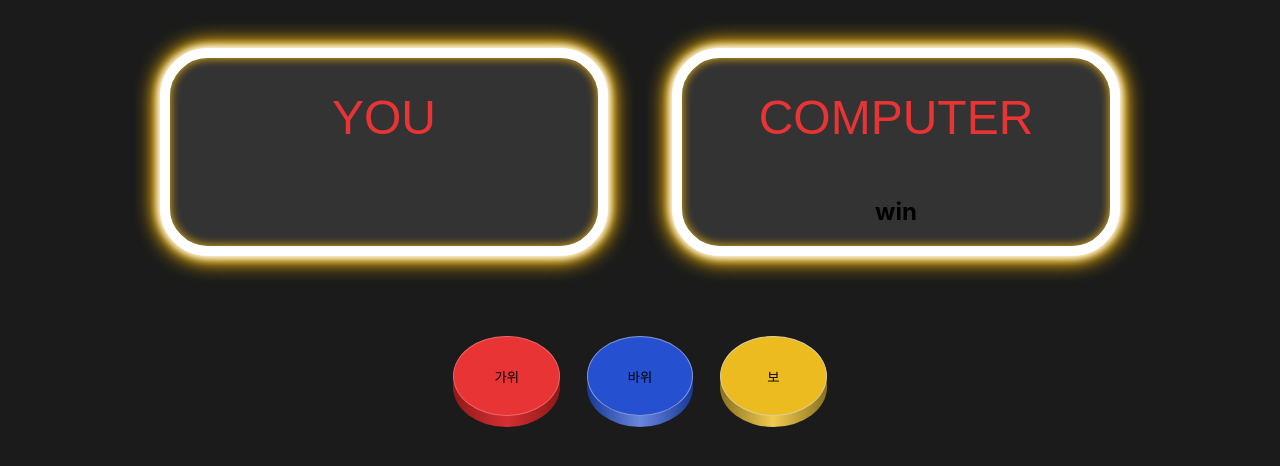
Repository: KIMMIHYE12/classComponent
Page: /
These files come from the project's save history. The page is drawn as it stood at one moment and after the next save; the edit follows.
The browser window is 1280 px wide. The pictures show the whole page.
Some web fonts or font styles are not loaded; a fallback is used. The project was rebuilt for these pictures with package versions that can differ from the ones it lists, and the page was loaded fresh each time.

Above is the page before, as saved 2024-03-19 20:59:14.

### src/App.js
import { object } from "prop-types";
import { useState } from "react";
import "./App.css";
import { Box } from "./component/Box";

const choice = {
  scissors: {
    name: "Scissors",
    img: "/images/scissors.png",
    describe: "가위 이미지",
  },
  rock: {
    name: "Rock",
    img: "/images/rock.png",
    describe: "바위 이미지",
  },
  paper: {
    name: "Paper",
    img: "/images/paper.png",
    describe: "보 이미지",
  },
};

function App() {
  const [userSelect, setUserSelect] = useState(null);
  const [computerSelect, setComputerSelect] = useState(null);
  const [result, setResult] = useState("");

  const play = (userChoice) => {
    setUserSelect(choice[userChoice]);
    let computerChoice = remdomChoice();
    setComputerSelect(computerChoice);
    setResult(judgement(choice[userChoice], computerChoice));
  };

  const remdomChoice = () => {
    let itemArray = Object.keys(choice);
    let randomItem = Math.floor(Math.random() * itemArray.length);
    let final = itemArray[randomItem];
    return choice[final];
  };

  const judgement = (user, computer) => {
    if (user.name == computer.name) {
      return "tie";
    } else if (user.name == "Scissors")
      return computer.name == "Paper" ? "win" : "lose";
    else if (user.name == "Rock")
      return computer.name == "Scissors" ? "win" : "lose";
    else if (user.name == "Paper")
      return computer.name == "Rock" ? "win" : "lose";
  };

  return (
    <div className='content'>
      <div className='game_screen'>
        <Box title='YOU' item={userSelect} result={result} />
        <Box title='COMPUTER' item={computerSelect} result={result} />
      </div>
      <div className='btn_wrap'>
        <button
          className='scissors'
          onClick={() => {
            play("scissors");
          }}
        >
          가위
        </button>
        <button
          className='rock'
          onClick={() => {
            play("rock");
          }}
        >
          바위
        </button>
        <button
          className='paper'
          onClick={() => {
            play("paper");
          }}
        >
          보
        </button>
      </div>
    </div>
  );
}

export default App;

### src/App.css
@import url("https://use.typekit.net/ebb2deg.css");

* {
  box-sizing: border-box;
}

.content {
  height: 100vh;
  padding: 3em 0;
  background-color: #1b1b1b;
}

.game_screen {
  width: 100%;
  display: flex;
  justify-content: center;
}

.box {
  width: 35%;
  display: flex;
  flex-direction: column;
  align-items: center;
  margin: 0 2em;
  border: 10px solid #444;
  background: #333;
  border-radius: 3rem;
}

.neon {
  border: 10px solid #fff;
  box-shadow: 0 0 10px #fff, 0 0 10px #fff, 0 0 24px #f5b70c, 0 0 16px #f5b70c,
    0 0 24px #f5b70c, inset 0 0 10px #f5b70c;
}

h1 {
  font-size: 3em;
  color: #e83435;
  font-family: "gloridot", sans-serif;
  font-weight: 400;
  font-style: normal;
}

img {
  width: 70%;
}

.btn_wrap {
  position: relative;
  margin-top: 5em;
  display: flex;
  justify-content: center;
  z-index: 1;
}

.btn_wrap button {
  position: relative;
  width: 8em;
  height: 6em;
  margin: 0 1em;
  border-radius: 50%;
  top: 0;
  outline: 0;
}

.btn_wrap button.scissors {
  background-color: #e83435;
  border: 1px solid #ec6666;
}

.btn_wrap button.rock {
  background-color: #2551d1;
  border: 1px solid #8097dc;
}

.btn_wrap button.paper {
  background-color: #ebbb1f;
  border: 1px solid #dfcf98;
}

.btn_wrap button:before {
  width: 8em;
  height: 6em;
  display: inline-block;
  content: "";
  position: absolute;
  top: 10px;
  left: -1px;
  right: 0;
  background: red;
  border-radius: 50%;
  z-index: -1;
}

.btn_wrap button.scissors:before {
  background: linear-gradient(
    90deg,
    rgba(143, 25, 25, 1) 0%,
    rgba(212, 47, 48, 1) 50%,
    rgba(143, 25, 25, 1) 100%
  );
}

.btn_wrap button.rock:before {
  background: linear-gradient(
    90deg,
    rgba(23, 56, 152, 1) 0%,
    rgba(106, 135, 221, 1) 50%,
    rgba(23, 56, 152, 1) 100%
  );
}

.btn_wrap button.paper:before {
  background: linear-gradient(
    90deg,
    rgba(139, 113, 30, 1) 0%,
    rgba(241, 203, 80, 1) 50%,
    rgba(139, 113, 30, 1) 100%
  );
}

.btn_wrap button:active {
  top: 4px;
}

.btn_wrap button:active:before {
  top: 6px;
}

### src/component/Box.js
import React from "react";

export const Box = (props) => {
  let result;
  console.log("title", props.title);

  if (props.title == "COMPUTER" && props.result != "tie") {
    result = props.result == "win" ? "lose" : "win";
  } else {
    result = props.result;
  }

  return (
    <div className={`box ${result == "lose" ? "" : "neon"}`}>
      <h1>{props.title}</h1>
      <img
        src={props.item && props.item.img}
        alt={props.item && props.item.describe}
      />
      <h2>{result}</h2>
    </div>
  );
};

Loaded but not shown: public/index.html (common file); src/index.js (common file); src/index.css (common file); src/reportWebVitals.js (common file)

After the next save:
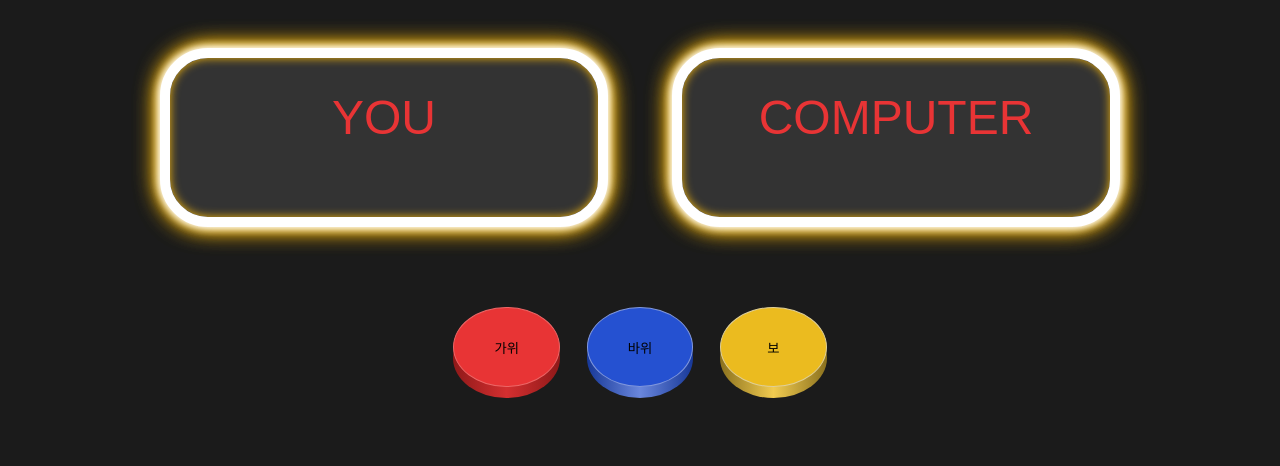
Saved 51 s later.
--- a/src/component/Box.js
+++ b/src/component/Box.js
@@ -4,7 +4,11 @@ export const Box = (props) => {
   let result;
   console.log("title", props.title);
 
-  if (props.title == "COMPUTER" && props.result != "tie") {
+  if (
+    props.title === "COMPUTER" &&
+    props.result !== "tie" &&
+    props.result !== ""
+  ) {
     result = props.result == "win" ? "lose" : "win";
   } else {
     result = props.result;
